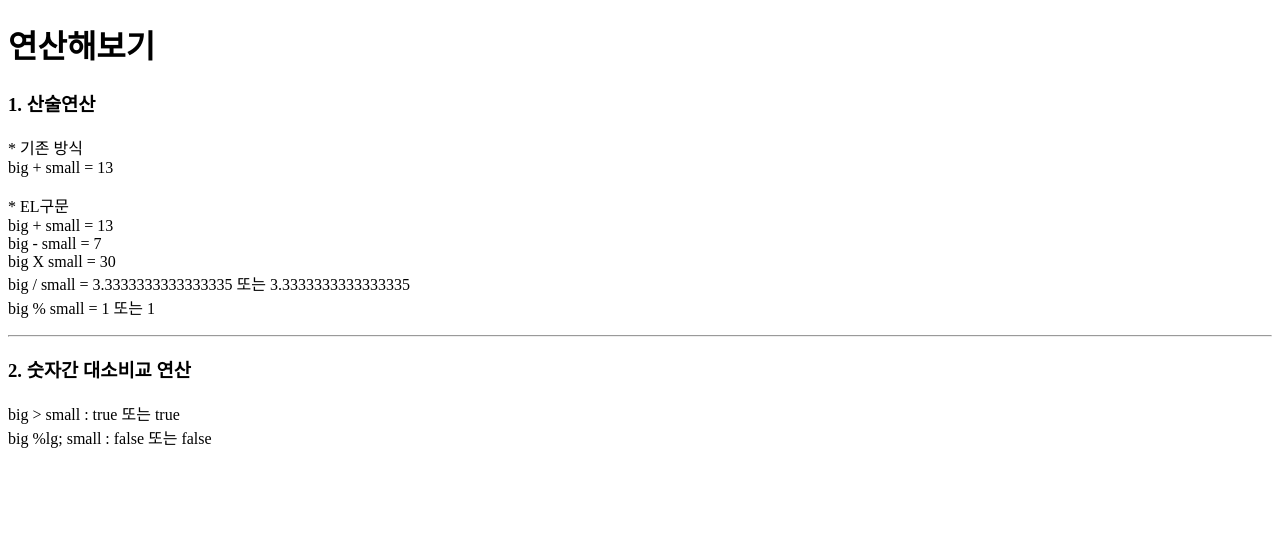
Repository: judeyong/myWebWorkSpace2
Page: http://localhost/Action_Project/operation.do
An editor plug-in stored every save of this project. The page is shown before and after a run of saves, followed by the edit.
The browser window is 1280 px wide. The pictures show the whole page.
The page is served by Tomcat 9. Other server files are loaded and not shown.

Above is the page before, as saved 2024-04-03 02:18:52.

### Action_Project/WebContent/views/02_elOperation.jsp
<%@ page language="java" contentType="text/html; charset=UTF-8"
    pageEncoding="UTF-8"%>
<!DOCTYPE html>
<html>
<head>
<meta charset="UTF-8">
<title>Insert title here</title>
</head>
<body>

	<h1>연산해보기</h1>
	<h3>1. 산술연산</h3>

	<p>
		* 기존 방식 <br>
		big + small = <%= (int)request.getAttribute("big") + (int)request.getAttribute("small") %>
	</p>

	<p>
		* EL구문<br>
		big + small = ${ big + small } <br>
		big - small = ${ big - small } <br>
		big X small = ${ big * small } <br>
		big / small = ${ big / small } 또는 ${ big div small }<br>
		big % small = ${ big % small } 또는 ${ big mod small }<br>
	</p>

	<hr>

	<h3>2. 숫자간 대소비교 연산</h3>

	<p>
		big &gt; small : ${ big > small } 또는 ${ big gt small }<br>
		big %lg; small : ${ big < small } 또는 ${ gib lt small }<br>

	</p>































</body>
</html>

### Action_Project/src/com/kh/controller/OperationServlet.java
package com.kh.controller;

import java.io.IOException;
import java.util.ArrayList;

import javax.servlet.ServletException;
import javax.servlet.annotation.WebServlet;
import javax.servlet.http.HttpServlet;
import javax.servlet.http.HttpServletRequest;
import javax.servlet.http.HttpServletResponse;

import com.kh.model.vo.Person;

/**
 * Servlet implementation class OperationServlet
 */
@WebServlet("/operation.do")
public class OperationServlet extends HttpServlet {
	private static final long serialVersionUID = 1L;

    /**
     * @see HttpServlet#HttpServlet()
     */
    public OperationServlet() {
        super();
        // TODO Auto-generated constructor stub
    }

	/**
	 * @see HttpServlet#doGet(HttpServletRequest request, HttpServletResponse response)
	 */
	protected void doGet(HttpServletRequest request, HttpServletResponse response) throws ServletException, IOException {

		// 테스트 할 수 있는 값 넘기기
		request.setAttribute("big", 10);
		request.setAttribute("small", 3);

		request.setAttribute("strOne", "안녕");
		request.setAttribute("strTwo", new String("안녕"));

		request.setAttribute("personOne", new Person("홍길동", 15, "한양"));
		request.setAttribute("personTwo", null);

		ArrayList<String> list1 = new ArrayList();
		request.setAttribute("listOne", list1);

		ArrayList<String> list2 = new ArrayList();
		list2.add("ㅎㅇ");
		request.setAttribute("listTwo", list2);

		// 일단 여기까지 requestScope에 총 8개의 값을 담았음
		request.getRequestDispatcher("views/02_elOperation.jsp").forward(request, response);

	}

	/**
	 * @see HttpServlet#doPost(HttpServletRequest request, HttpServletResponse response)
	 */
	protected void doPost(HttpServletRequest request, HttpServletResponse response) throws ServletException, IOException {
		// TODO Auto-generated method stub
		doGet(request, response);
	}

}

### Action_Project/src/com/kh/model/vo/Person.java
package com.kh.model.vo;

public class Person {

	private String name;
	private int age;
	private String address;

	public Person() {
		super();
	}

	public Person(String name, int age, String address) {
		super();
		this.name = name;
		this.age = age;
		this.address = address;
	}

	public String getName() {
		return name;
	}

	public void setName(String name) {
		this.name = name;
	}

	public int getAge() {
		return age;
	}

	public void setAge(int age) {
		this.age = age;
	}

	public String getAddress() {
		return address;
	}

	public void setAddress(String address) {
		this.address = address;
	}

	@Override
	public String toString() {
		return "Person [name=" + name + ", age=" + age + ", address=" + address + "]";
	}

}

After the next 2 saves:
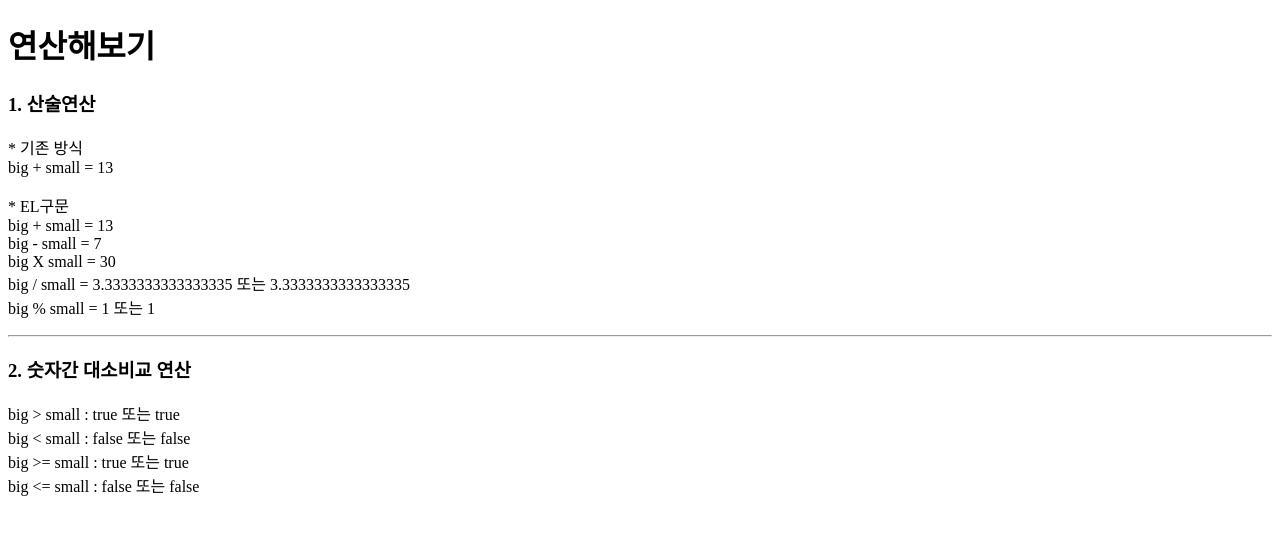
The 2 saves are shown as one change because they came seconds apart.
The last was saved 106 s later.
--- a/Action_Project/WebContent/views/02_elOperation.jsp
+++ b/Action_Project/WebContent/views/02_elOperation.jsp
@@ -30,8 +30,10 @@
 	<h3>2. 숫자간 대소비교 연산</h3>
 
 	<p>
-		big &gt; small : ${ big > small } 또는 ${ big gt small }<br>
-		big %lg; small : ${ big < small } 또는 ${ gib lt small }<br>
+		big &gt; small : ${ big > small } 또는 ${ big gt small } <br>
+		big &lt; small : ${ big < small } 또는 ${ gib lt small } <br>
+		big &gt;= small : ${ big >= small } 또는 ${ big ge small } <br>
+		big &lt;= small : ${ big <= small } 또는 ${ big le small } <br>
 
 	</p>
 
